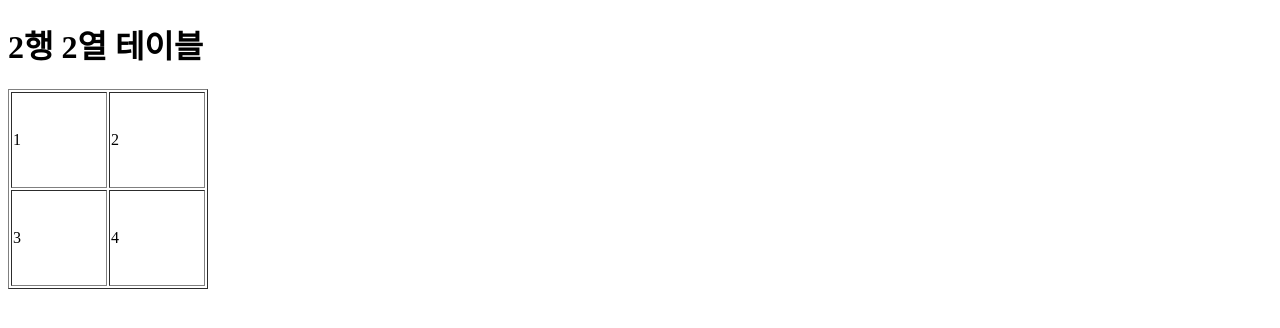
Repository: seula123/Front-End
Page: ClientTest/src/main/webapp/html/ex15_table.html
An editor plug-in stored every save of this project. The page is shown before and after the next save, followed by the edit.
The browser window is 1280 px wide. The pictures show the whole page.

Above is the page before, as saved 2023-09-21 00:18:44.

After the next save:
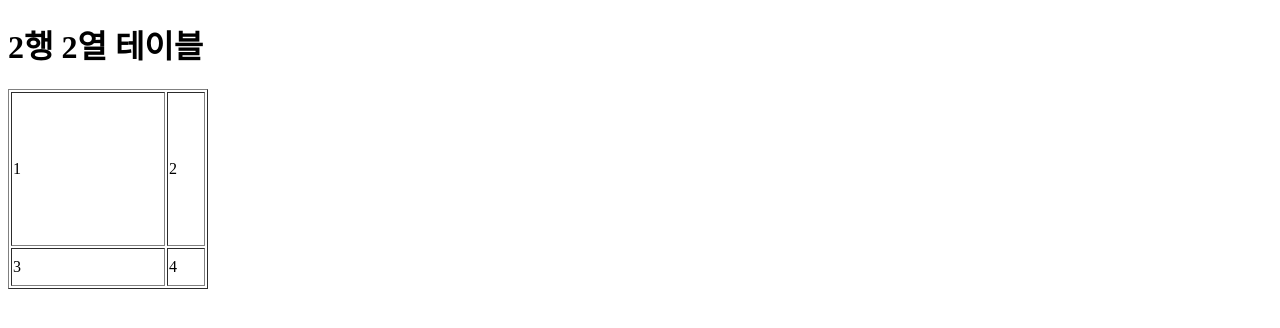
Saved 3 min 13 s later.
--- a/ClientTest/src/main/webapp/html/ex15_table.html
+++ b/ClientTest/src/main/webapp/html/ex15_table.html
@@ -38,9 +38,9 @@
 
 	<table border = "1" width = "200" height="200">
 		<tr>
-			<td>1</td>
+			<td width="150" height="150">1</td>
 			<td>2</td>
-		</tr>
+		 	</tr>
 		<tr>
 			<td>3</td>
 			<td>4</td>
@@ -49,6 +49,10 @@
 
 
 
+	<br>
+
+
+
 
 
 </body>
